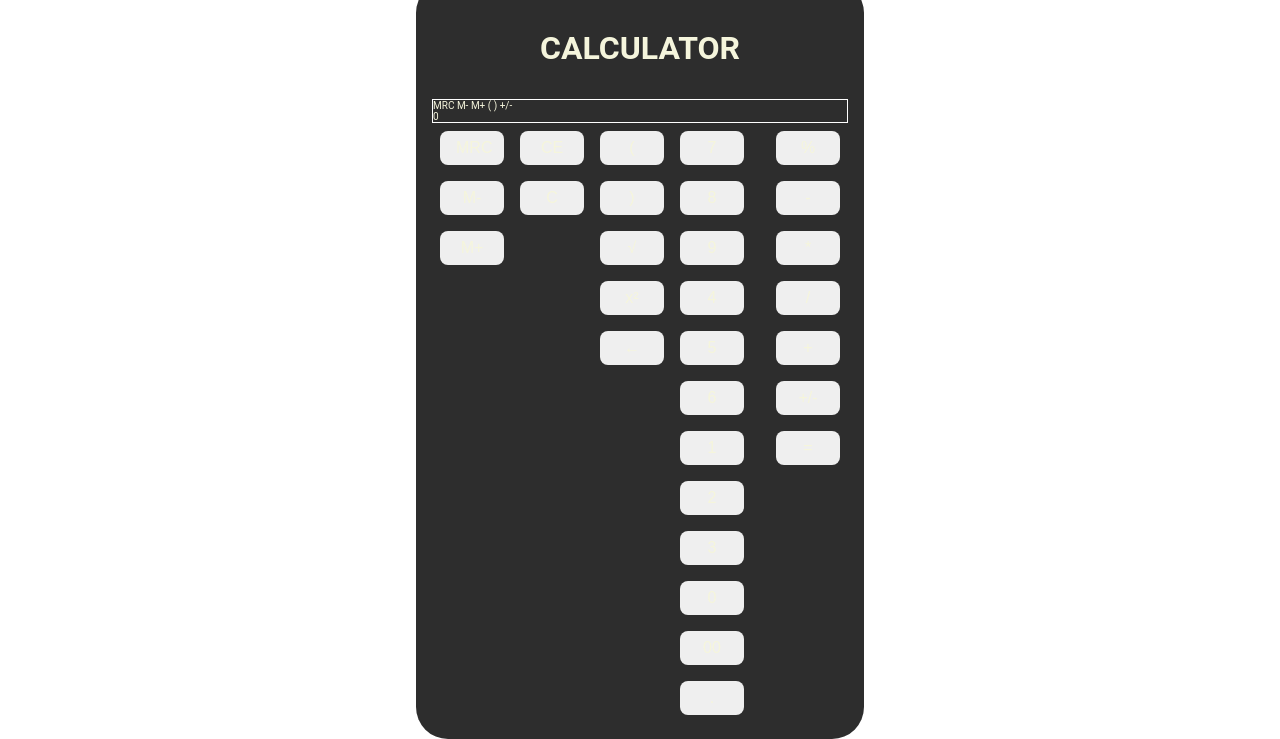
Repository: Denis793/CalculatorNew
Page: index.html
These files come from the project's save history. The page is drawn as it stood at one moment and after the next save; the edit follows.
The browser window is 1280 px wide. The pictures show the whole page.
The style sheet was rebuilt from its Sass, Less or Tailwind sources for each picture, by a compiler version that may differ from the author's.

Above is the page before, as saved 2025-05-17 18:43:10.

After the next save:
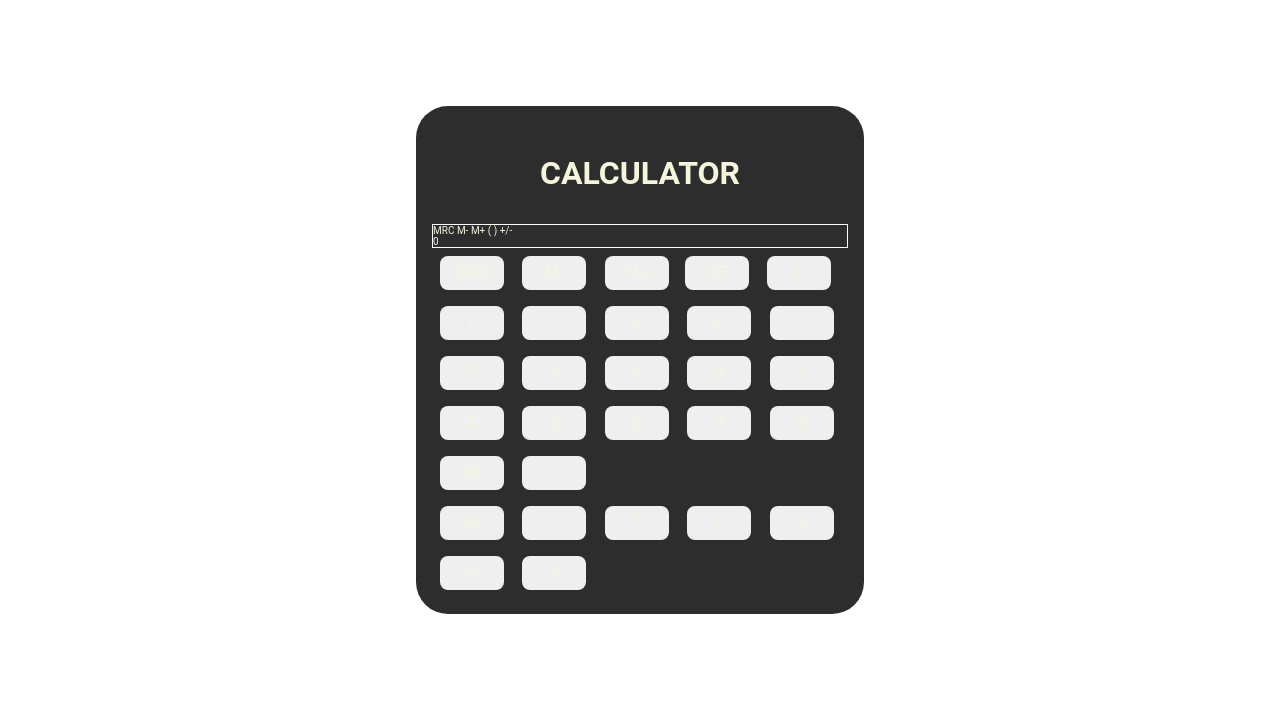
Saved 54 s later.
--- a/app/style/scss/main.scss
+++ b/app/style/scss/main.scss
@@ -34,8 +34,5 @@ button {
 .keypad {
   width: 26rem;
   display: flex;
+  flex-wrap: wrap;
 }
-
-.memoryBtn {
-  width: 60%;
-}
